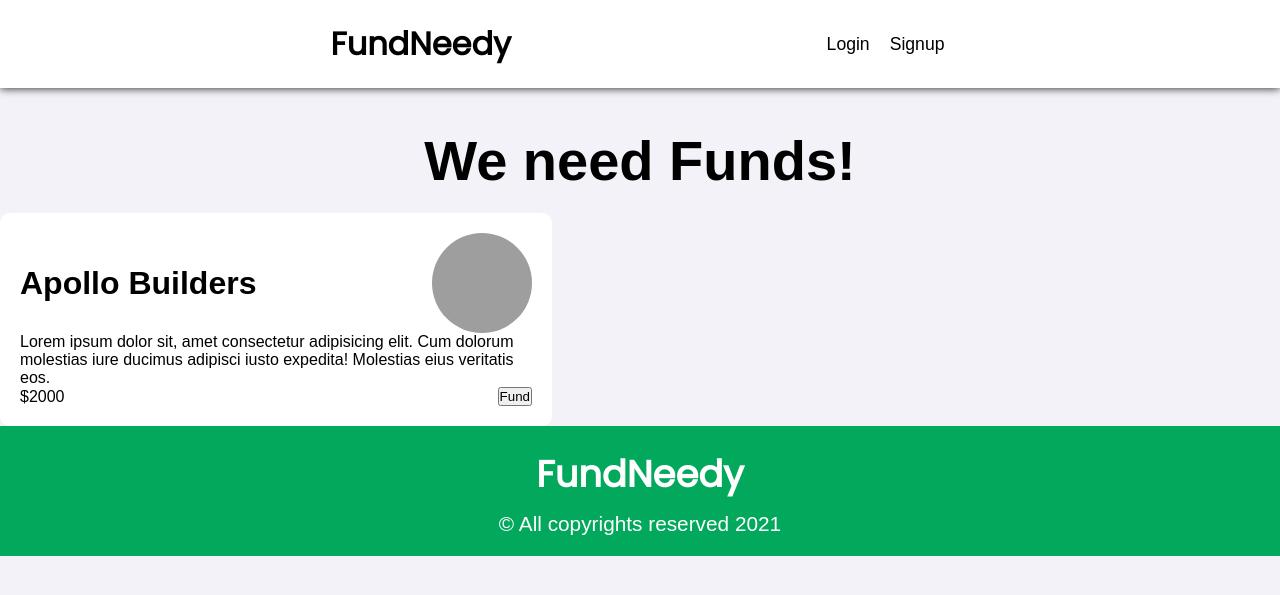
Repository: osdc/codejam
Page: /needies (app in sassy-sandwiches/fund-needy/)
An editor plug-in stored every save of this project. The page is shown before and after the next save, followed by the edit.
The browser window is 1280 px wide. The pictures show the whole page.
Pictures or frames that could not be fetched are drawn as grey boxes. The project was rebuilt for these pictures with package versions that can differ from the ones it lists, and the page was loaded fresh each time. Also part of the build but not shown: sassy-sandwiches/fund-needy/src/Showcase.css, sassy-sandwiches/fund-needy/src/Showcase.js.

Above is the page before, as saved 2021-01-09 19:39:14.

After the next save:
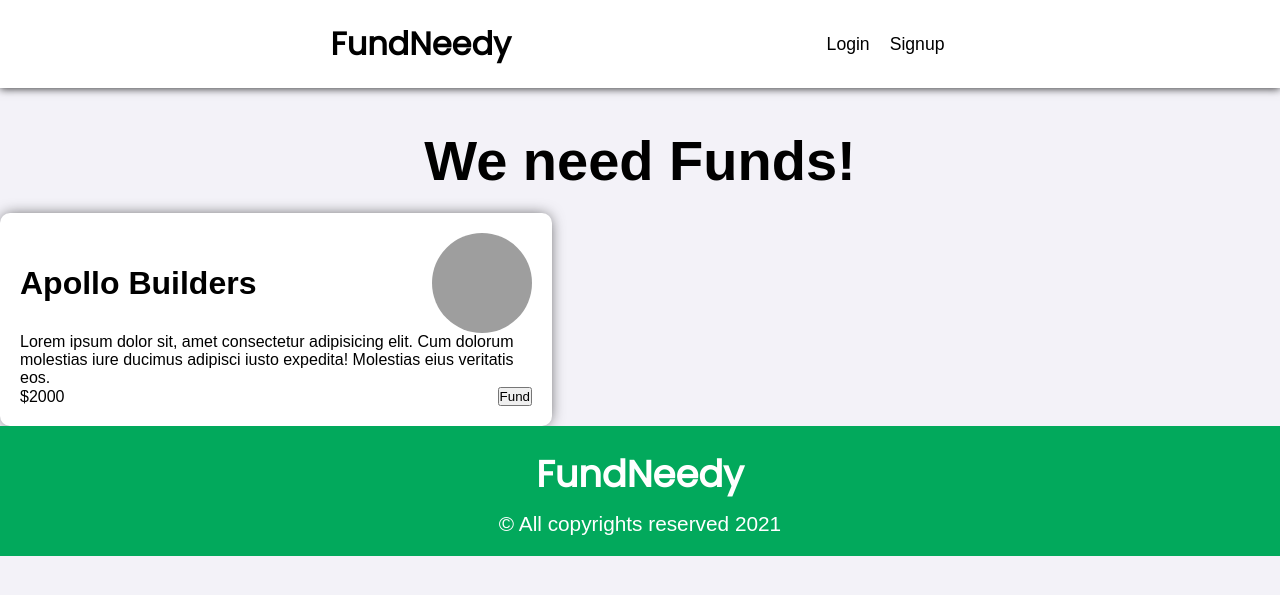
Saved 10 s later.
--- a/sassy-sandwiches/fund-needy/src/Needy.css
+++ b/sassy-sandwiches/fund-needy/src/Needy.css
@@ -3,6 +3,9 @@
   background-color: #fff;
   padding: 20px;
   border-radius: 10px;
+  -webkit-box-shadow: 0px 0px 15px -3px rgba(0, 0, 0, 0.75);
+  -moz-box-shadow: 0px 0px 15px -3px rgba(0, 0, 0, 0.75);
+  box-shadow: 0px 0px 15px -3px rgba(0, 0, 0, 0.75);
 }
 
 .needy_header {
